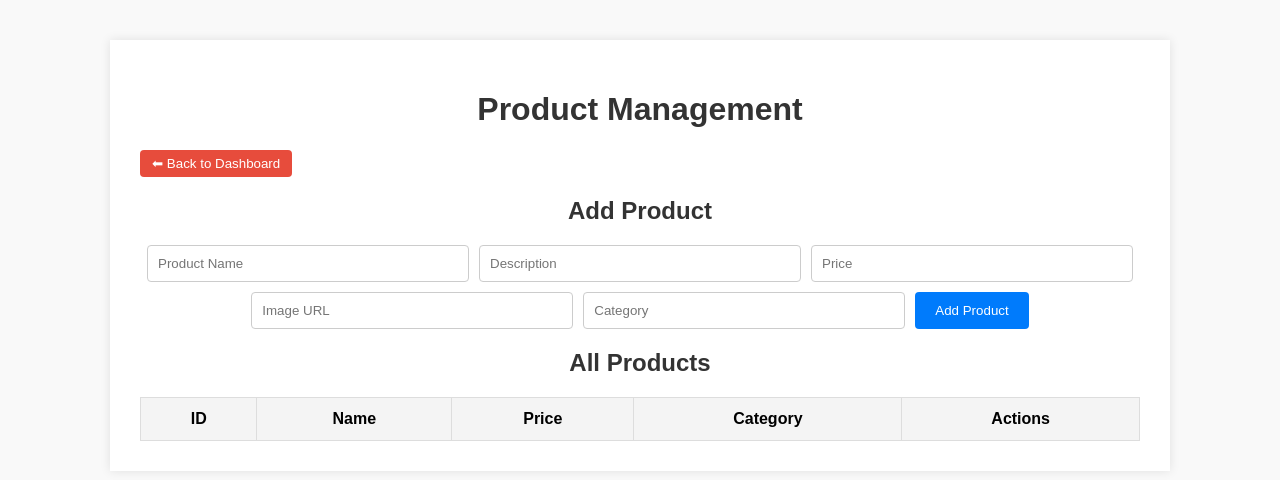
Repository: Pushc/Ecommerce
Page: frontend/admin/products.html
These files come from the project's save history. The page is drawn as it stood at one moment and after the next save; the edit follows.
The browser window is 1280 px wide. The pictures show the whole page.
The page's requests for data from a server got no answer.

Above is the page before, as saved 2025-05-14 22:25:06.

### frontend/admin/products.html
<!DOCTYPE html>
<html lang="en">
<head>
  <meta charset="UTF-8">
   <link rel="icon" href="../images/box.png" type="image/png">
  <title>Manage Products</title>
  <link rel="stylesheet" href="css/products.css">
</head>
<body>
  <div class="container">
    <h1>Product Management</h1>

     <div style="display: flex; align-items: center;">
      <button onclick="window.location.href='admin.html'">⬅ Back to Dashboard</button>
      </div>

    <section class="form-section">
      <h2>Add Product</h2>
      <form id="addProductForm">
        <input type="text" id="name" placeholder="Product Name" required />
        <input type="text" id="description" placeholder="Description" required />
        <input type="number" id="price" placeholder="Price" min="0.01" step="0.01" required />
        <input type="text" id="imageUrl" placeholder="Image URL" required />
        <input type="text" id="category" placeholder="Category" required />
        <button type="submit">Add Product</button>
      </form>
    </section>

    <section class="table-section">
      <h2>All Products</h2>
      <table id="productTable">
        <thead>
          <tr>
            <th>ID</th><th>Name</th><th>Price</th><th>Category</th><th>Actions</th>
          </tr>
        </thead>
        <tbody></tbody>
      </table>
    </section>
  </div>

  <script src="js/products.js"></script>
</body>
</html>

### frontend/admin/css/products.css
body {
  font-family: Arial, sans-serif;
  background-color: #f9f9f9;
}

.container {
  max-width: 1000px;
  margin: 40px auto;
  background: white;
  padding: 30px;
  box-shadow: 0 0 10px rgba(0,0,0,0.1);
}

h1, h2 {
  text-align: center;
  color: #333;
}

form {
  display: flex;
  flex-wrap: wrap;
  gap: 10px;
  margin-bottom: 20px;
  justify-content: center;
}

form input {
  padding: 10px;
  width: 30%;
  border: 1px solid #ccc;
  border-radius: 4px;
}

form button {
  padding: 10px 20px;
  background-color: #007bfc;
  color: white;
  border: none;
  border-radius: 4px;
  cursor: pointer;
}

table {
  width: 100%;
  border-collapse: collapse;
}

th, td {
  padding: 12px;
  border: 1px solid #ddd;
  text-align: center;
}

th {
  background-color: #f4f4f4;
}

button.delete-btn {
  background-color: crimson;
  color: white;
  padding: 6px 12px;
  border: none;
  border-radius: 4px;
  cursor: pointer;
}


button {
  padding: 6px 12px;
  border: none;
  border-radius: 4px;
  background-color: #e74c3c;
  color: white;
  cursor: pointer;
}

button:hover {
  background-color: #c0392b;
}

### frontend/admin/js/products.js
// Run the code after the DOM (HTML) is fully loaded
document.addEventListener("DOMContentLoaded", () => {
  fetchProducts(); // Fetch and display all products when the page loads

  // Attach form submission event to add new product
  const form = document.getElementById("addProductForm");
  form.addEventListener("submit", (e) => {
    e.preventDefault(); // Prevent default page reload
    addProduct(); // Call function to send product to backend
  });
});

// Base URL of your backend API
const API_BASE = "http://localhost:8080";

// Get the JWT token from browser local storage
const token = localStorage.getItem("authToken");

// 🔽 Function to fetch and display all products in table
function fetchProducts() {
  fetch(`${API_BASE}/admin/products`, {
    headers: {
      Authorization: `Bearer ${token}` // Send token to backend for authentication
    }
  })
  .then(res => res.json()) // Parse the response as JSON
  .then(products => {
    const tbody = document.querySelector("#productTable tbody"); // Get <tbody> of table
    tbody.innerHTML = ""; // Clear old table rows

    // Loop through all products returned from backend
    products.forEach(p => {
      const row = document.createElement("tr"); // Create a row for each product

      // Add columns with product data and delete button
      row.innerHTML = `
        <td>${p.id}</td>
        <td>${p.name}</td>
        <td>₹${p.price}</td>
        <td>${p.category}</td>
        <td><button class="delete-btn" onclick="deleteProduct(${p.id})">Delete</button></td>
      `;

      // Add the row to the table body
      tbody.appendChild(row);
    });
  })
  .catch(err => {
    alert("Failed to fetch products."); // Show alert if fetch fails
    console.error(err); // Log error for debugging
  });
}

// ➕ Function to add a new product to backend
function addProduct() {

    const name = document.getElementById("name").value.trim();
    const description = document.getElementById("description").value.trim();
    const price = parseFloat(document.getElementById("price").value);
    const imageUrl = document.getElementById("imageUrl").value.trim();
    const category = document.getElementById("category").value.trim();

    // ✅ Basic validation
    if (!name || !description || !category || isNaN(price) || price <= 0) {
        alert("Please fill in all required fields with valid data.");
        return;
    }
    // Read values from the form fields
    const product = {
        name: document.getElementById("name").value,
        description: document.getElementById("description").value,
        price: parseFloat(document.getElementById("price").value),
        imageUrl: document.getElementById("imageUrl").value,
        category: document.getElementById("category").value
    };

  // Send POST request to backend to create the product
  fetch(`${API_BASE}/admin/products`, {
    method: "POST",
    headers: {
      "Content-Type": "application/json",
      Authorization: `Bearer ${token}` // Auth token for backend security
    },
    body: JSON.stringify(product) // Convert JS object to JSON string
  })
  .then(res => {
    if (!res.ok) throw new Error("Add failed"); // Handle errors
    return res.json(); // Parse successful response
  })
  .then(() => {
    alert("Product added!"); // Notify user
    document.getElementById("addProductForm").reset(); // Clear form
    fetchProducts(); // Refresh product list
  })
  .catch(err => {
    alert("Failed to add product."); // Show error message
    console.error(err); // Log error
  });
}

// ❌ Function to delete a product
function deleteProduct(productId) {
  // Ask for confirmation before deleting
  if (!confirm("Are you sure you want to delete this product?")) return;

  // Send DELETE request to backend with product ID
  fetch(`${API_BASE}/admin/products/${productId}`, {
    method: "DELETE",
    headers: {
      Authorization: `Bearer ${token}` // Auth token
    }
  })
  .then(res => {
    if (!res.ok) throw new Error("Delete failed"); // If backend returns error
    alert("Product deleted."); // Notify user
    fetchProducts(); // Refresh product list
  })
  .catch(err => {
    alert("Failed to delete product."); // Show error message
    console.error(err); // Log error
  });
}

After the next save:
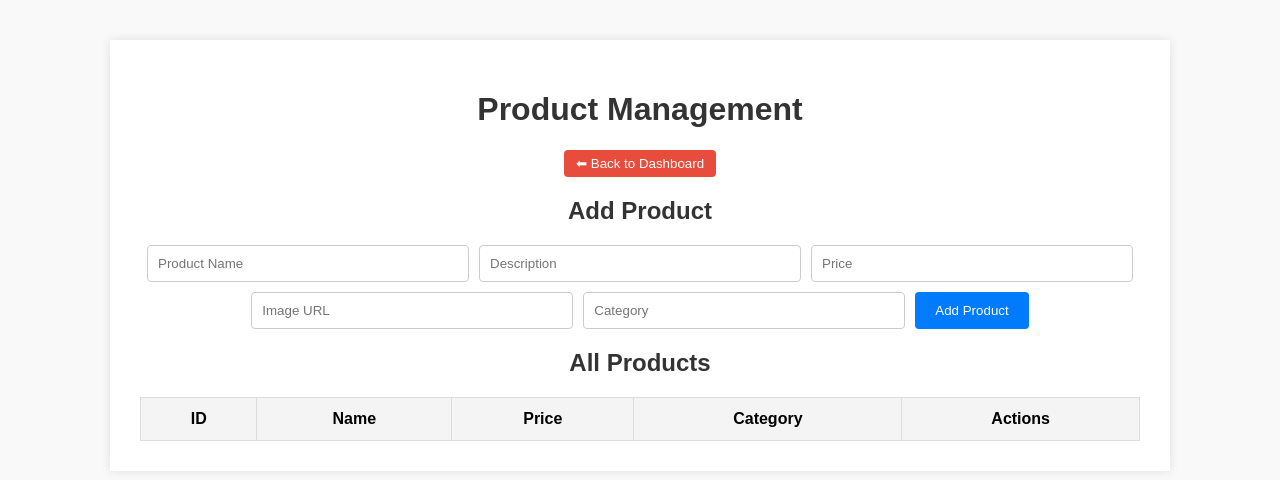
Saved 21 s later.
--- a/frontend/admin/products.html
+++ b/frontend/admin/products.html
@@ -10,7 +10,7 @@
   <div class="container">
     <h1>Product Management</h1>
 
-     <div style="display: flex; align-items: center;">
+     <div style="display: flex; justify-content: center;">
       <button onclick="window.location.href='admin.html'">⬅ Back to Dashboard</button>
       </div>
 
